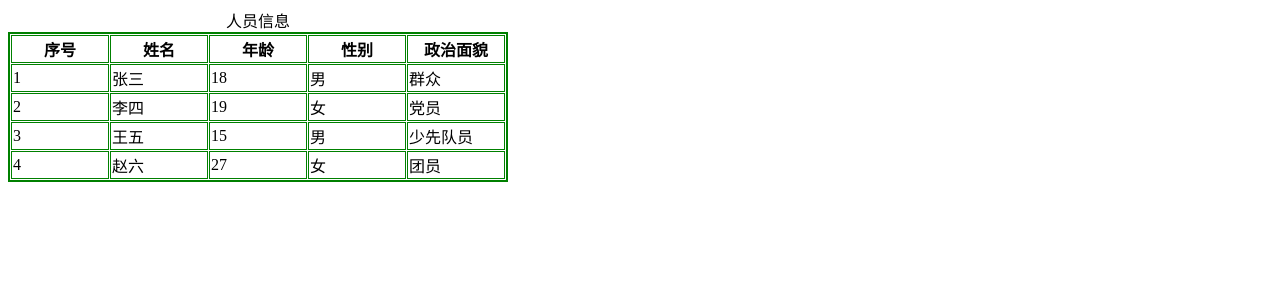
Repository: 123648923/html5-css3
Page: css/12 表格属性/02 表格属性.html
The author's editor kept a copy of each file at every save. The page is drawn from the files as they stood at one save, then again after the next save.
The browser window is 1280 px wide. The pictures show the whole page.

Above is the page before, as saved 2023-11-06 16:23:04.

### css/12 表格属性/02 表格属性.html
<!DOCTYPE html>
<html lang="zh-CN">

<head>
    <meta charset="UTF-8">
    <title>表格属性</title>
    <style>
        table {
            border: 2px green solid;
            width: 500px;
            /* 控制表格列宽 */
            table-layout: fixed;
            /* 控制单元格间距 */
            border-spacing: 1px;
        }
        td,th{
            border: 1px green solid;
        }
    </style>
</head>

<body>
    <table>
        <caption>人员信息</caption>
        <thead>
            <tr>
                <th>序号</th>
                <th>姓名</th>
                <th>年龄</th>
                <th>性别</th>
                <th>政治面貌</th>
            </tr>
        </thead>
        <tbody>
            <tr>
                <td>1</td>
                <td>张三</td>
                <td>18</td>
                <td>男</td>
                <td>群众</td>
            </tr>
            <tr>
                <td>2</td>
                <td>李四</td>
                <td>19</td>
                <td>女</td>
                <td>党员</td>
            </tr>
            <tr>
                <td>3</td>
                <td>王五</td>
                <td>15</td>
                <td>男</td>
                <td>少先队员</td>
            </tr>
            <tr>
                <td>4</td>
                <td>赵六</td>
                <td>27</td>
                <td>女</td>
                <td>团员</td>
            </tr>
        </tbody>
    </table>
</body>

</html>

After the next save:
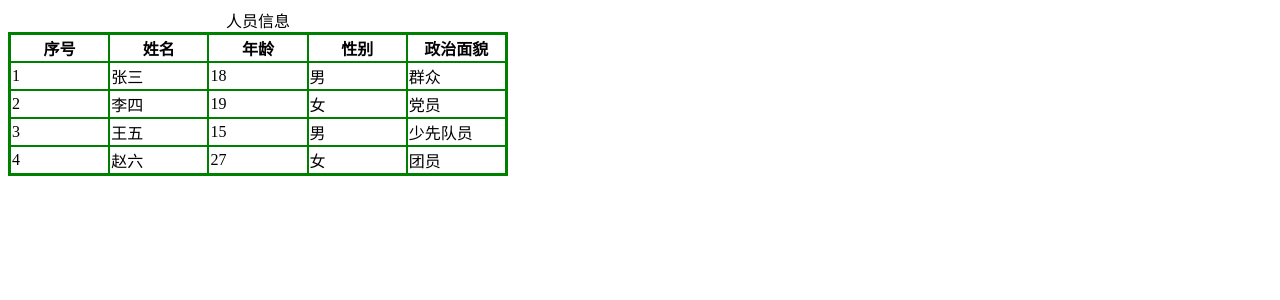
Saved 4 s later.
--- a/css/12 表格属性/02 表格属性.html
+++ b/css/12 表格属性/02 表格属性.html
@@ -11,7 +11,7 @@
             /* 控制表格列宽 */
             table-layout: fixed;
             /* 控制单元格间距 */
-            border-spacing: 1px;
+            border-spacing: 0px;
         }
         td,th{
             border: 1px green solid;

After the save that followed:
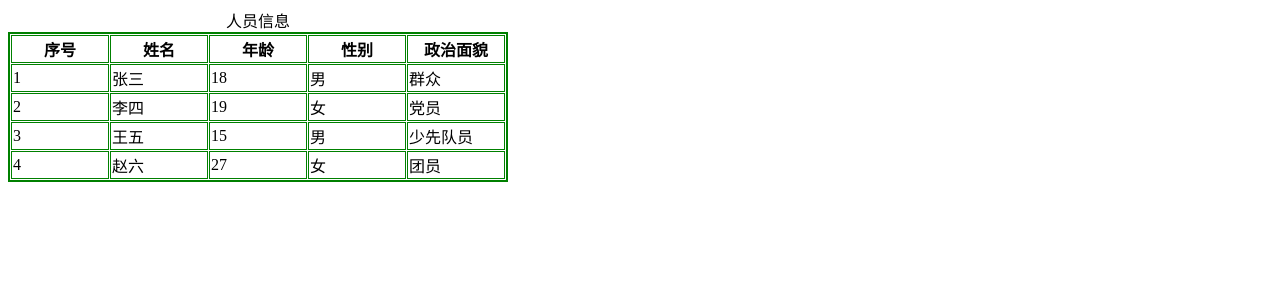
Saved 6 s later.
--- a/css/12 表格属性/02 表格属性.html
+++ b/css/12 表格属性/02 表格属性.html
@@ -11,7 +11,7 @@
             /* 控制表格列宽 */
             table-layout: fixed;
             /* 控制单元格间距 */
-            border-spacing: 0px;
+            border-spacing: 1px;
         }
         td,th{
             border: 1px green solid;
